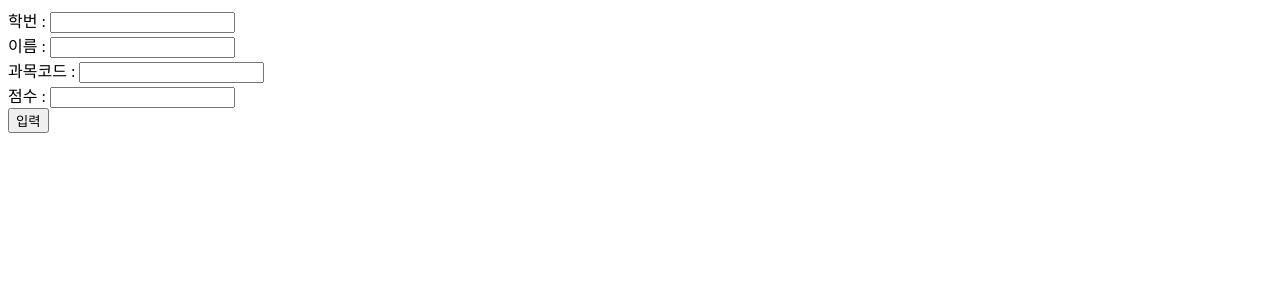
Repository: GitOnibi/jsp
Page: http://localhost/JSPprojec/school/sore_input2.jsp
An editor plug-in stored every save of this project. The page is shown before and after the next save, followed by the edit.
The browser window is 1280 px wide. The pictures show the whole page.
The page is served by Tomcat 9. Queries for data that is not in the repository find no rows.

Above is the page before, as saved 2019-01-09 11:22:10.

After the next save:
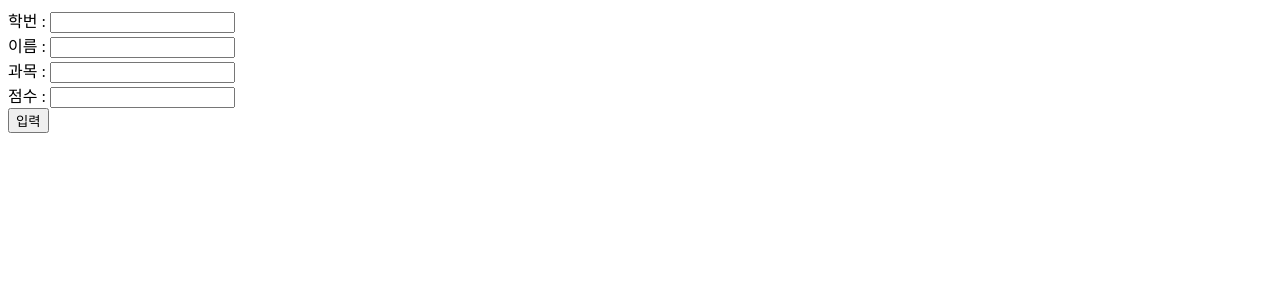
Saved 14 min 12 s later.
--- a/JSPprojec/WebContent/school/sore_input2.jsp
+++ b/JSPprojec/WebContent/school/sore_input2.jsp
@@ -15,7 +15,7 @@
 	<form action="score_check.jsp" method="GET">
 		학번 : <input type="number" name="stu_num" id="stu_num" value="${ param.stu_num }"/><br />
 		이름 : <input type="text" name="stu_name" id="stu_name"/><br />
-		과목코드 : <input type="text" name="dep_code" id="dep_code"/><br />
+		과목 : <input type="text" name="dep_code" id="dep_name"/><br />
 		점수 : <input type="number" name="dep_score" id="dep_score"/><br />
 		<input type="submit" value="입력"/>
 	</form>

After the save that followed:
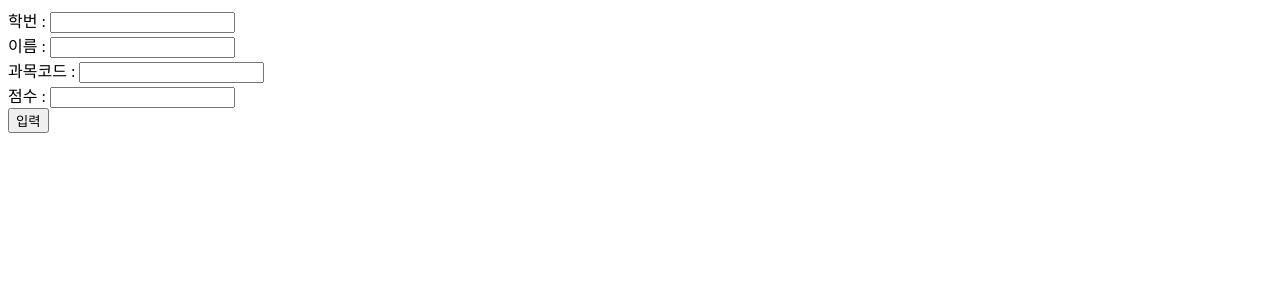
Saved 15 s later.
--- a/JSPprojec/WebContent/school/sore_input2.jsp
+++ b/JSPprojec/WebContent/school/sore_input2.jsp
@@ -15,7 +15,7 @@
 	<form action="score_check.jsp" method="GET">
 		학번 : <input type="number" name="stu_num" id="stu_num" value="${ param.stu_num }"/><br />
 		이름 : <input type="text" name="stu_name" id="stu_name"/><br />
-		과목 : <input type="text" name="dep_code" id="dep_name"/><br />
+		과목코드 : <input type="text" name="dep_code" id="dep_code"/><br />
 		점수 : <input type="number" name="dep_score" id="dep_score"/><br />
 		<input type="submit" value="입력"/>
 	</form>
